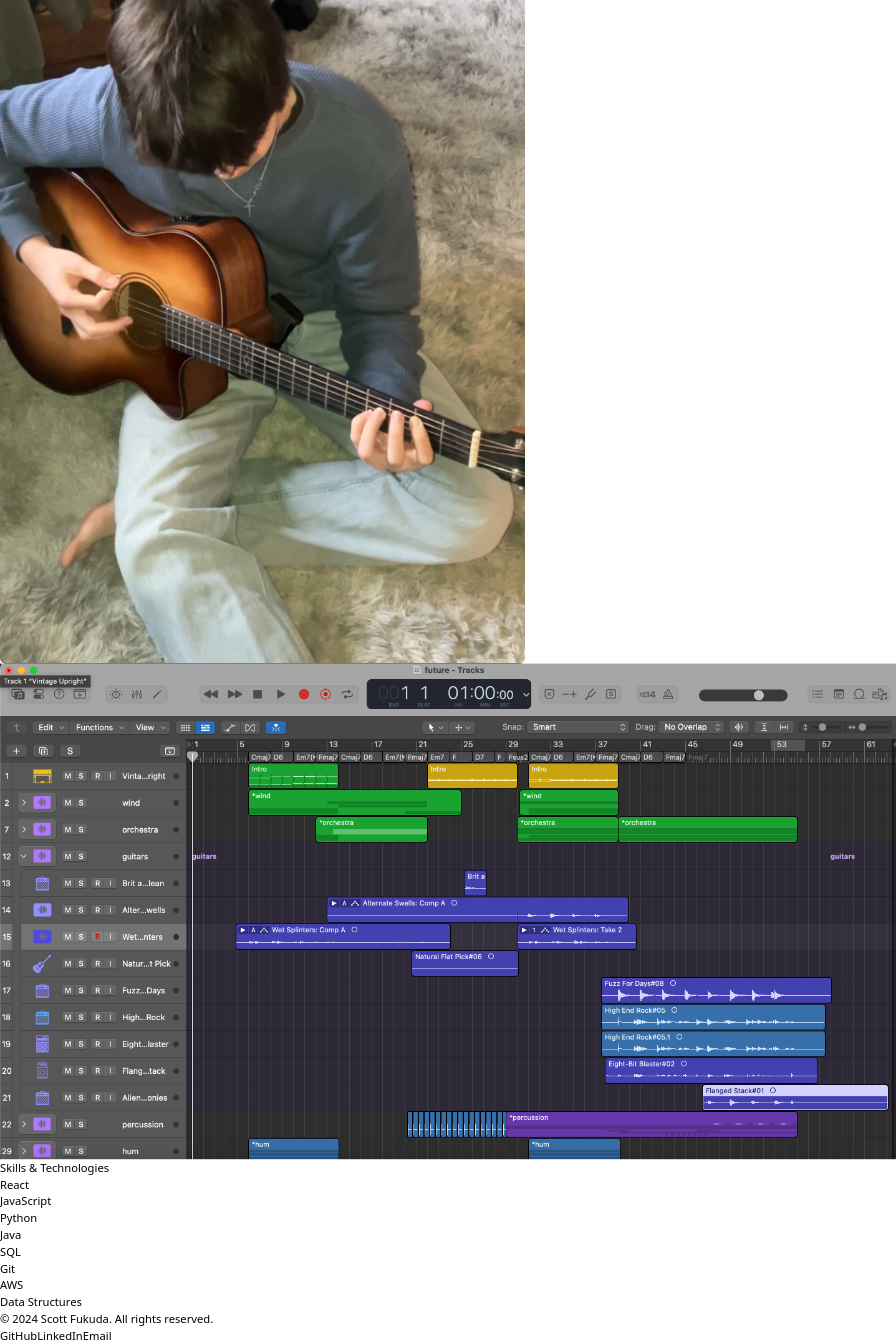
Repository: Scott-Fukuda/personalWebsite
Page: /about
An editor plug-in stored every save of this project. The page is shown before and after the next save, followed by the edit.
The browser window is 1280 px wide. The pictures show the part of the page from y = 1840 to 3760 px (the page is 3760 px tall before and 3544 px after), at 70% of full size.
The project was rebuilt for these pictures with package versions that can differ from the ones it lists, and the page was loaded fresh each time. Some packages were replaced by stand-ins written for this rebuild. Also part of the build but not shown: vite.config.js, src/data/experiences.js, src/pages/Home.jsx.

Above is the page before, as saved 2025-08-27 22:01:13.

After the next save:
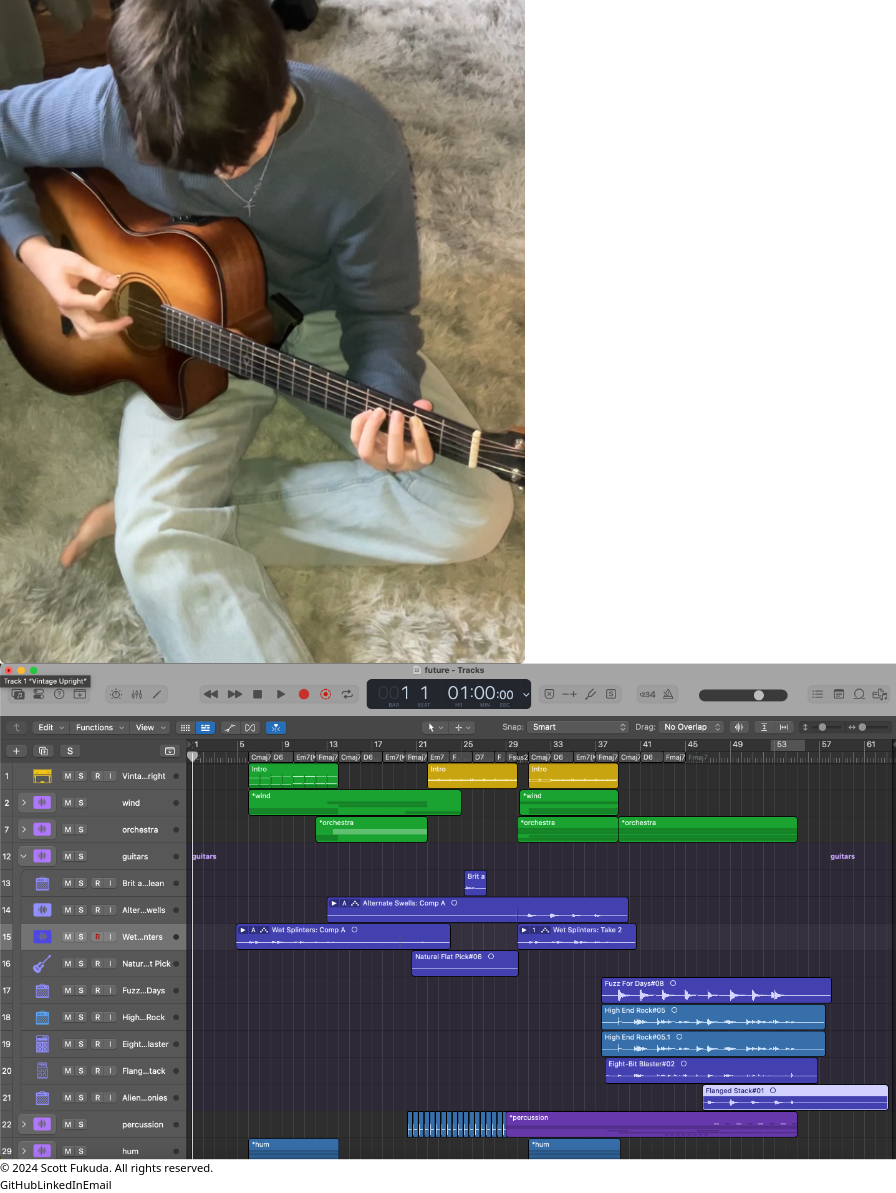
Saved 12 s later.
--- a/src/pages/About.jsx
+++ b/src/pages/About.jsx
@@ -123,43 +123,7 @@ export default function About() {
             </div>
           </div>
         </div>
-
-        {/* Skills section */}
-        <div className="bg-white dark:bg-gray-800 rounded-2xl shadow-lg p-8">
-          <h2 className="text-2xl font-bold mb-6 text-center">Skills & Technologies</h2>
-          <div className="grid grid-cols-2 md:grid-cols-4 gap-4">
-            {[
-              "React", "JavaScript", "Python",
-              "Java", "SQL", "Git",
-              "AWS", "Data Structures"
-            ].map((skill, index) => (
-              <div
-                key={skill}
-                className="bg-gray-100 dark:bg-gray-700 rounded-lg p-3 text-center hover:bg-blue-100 dark:hover:bg-blue-900 transition-colors duration-300"
-                style={{
-                  animationDelay: `${index * 100}ms`,
-                  animation: 'fadeInUp 0.6s ease-out forwards'
-                }}
-              >
-                {skill}
-              </div>
-            ))}
-          </div>
-        </div>
       </div>
-
-      <style jsx>{`
-        @keyframes fadeInUp {
-          from {
-            opacity: 0;
-            transform: translateY(20px);
-          }
-          to {
-            opacity: 1;
-            transform: translateY(0);
-          }
-        }
-      `}</style>
     </div>
   );
 }
